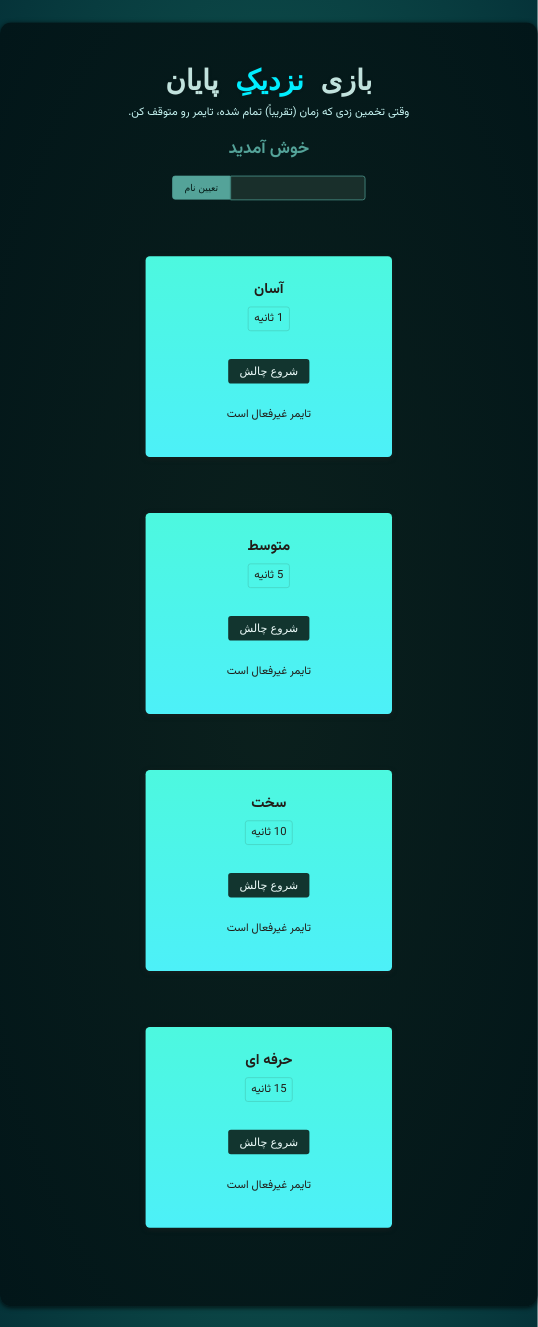
Repository: H-ala/react-near-end
Page: /
These files come from the project's save history. The page is drawn as it stood at one moment and after the next save; the edit follows.
The browser window is 768 px wide. The pictures show the part of the page from y = 0 to 2240 px (the page is 1895 px tall before and 3177 px after), at 70% of full size.
The project was rebuilt for these pictures with package versions that can differ from the ones it lists, and the page was loaded fresh each time. Also part of the build but not shown: vite.config.js.

Above is the page before, as saved 2025-10-21 19:51:58.

### index.html
<!DOCTYPE html>
<html lang="en">

<head>
  <meta charset="UTF-8" />
  <link rel="icon" type="image/svg+xml" href="/vite.svg" />
  <meta name="viewport" content="width=device-width, initial-scale=1.0" />
  <title>Refs & Portals</title>
</head>

<body>
  <div id="modal"></div>
  <div id="content">
    <header>
      <h1>بازی <em>نزدیکِ</em> پایان</h1>
      <p>وقتی تخمین زدی که زمان (تقریباً) تمام شده، تایمر رو متوقف کن.</p>
    </header>
    <div id="root"></div>
  </div>
  <script type="module" src="/src/main.jsx"></script>
</body>

</html>

### src/App.jsx
import Player from "./components/Player.jsx";
import TimerChallenge from "./components/TimerChallenge.jsx";

function App() {
  return (
    <>
      <Player />
      <div id="challenges">
        <TimerChallenge title="آسان" targetTime={1} />
        <TimerChallenge title="متوسط" targetTime={5} />
        <TimerChallenge title="سخت" targetTime={10} />
        <TimerChallenge title="حرفه ای" targetTime={15} />
      </div>
    </>
  );
}

export default App;

### src/index.css
@import url("https://fonts.googleapis.com/css2?family=Vazirmatn:wght@400;700&display=swap");

* {
  box-sizing: border-box;
}

body {
  margin: 0;
  font-family: "Vazirmatn", sans-serif;
  -webkit-font-smoothing: antialiased;
  -moz-osx-font-smoothing: grayscale;
  background: radial-gradient(#186a5e, #053339);
  color: #e1eeeb;
  direction: rtl;
  min-height: 100vh;
}

#content {
  max-width: 60rem;
  margin: 2rem auto;
  padding: 2rem;
  background: radial-gradient(#0b201d, #021619);
  border-radius: 16px;
  box-shadow: 0 2px 8px rgba(0, 0, 0, 0.8);
}

h1 {
  font-family: "Handjet", monospace;
  text-align: center;
  text-transform: uppercase;
  color: #c1e2dd;
  text-shadow: 0 0 4px rgba(35, 34, 34, 0.4);
  font-size: 3.5rem;
  margin-bottom: 0.5rem;
}

h1 em {
  font-style: normal;
  color: #00eeff;
}

header p {
  font-size: 1.2rem;
  margin: 0;
  text-align: center;
  color: #c6f4f2;
}

#player {
  text-align: center;
}

#player h2 {
  color: #54a399;
}

#player p {
  display: flex;
  justify-content: center;
  align-items: center;
}

#player input {
  font: inherit;
  border: 1px solid #54a399;
  background-color: #192f2b;
  border-radius: 4px;
  border-top-left-radius: 0;
  border-bottom-left-radius: 0;
  padding: 0.25rem;
  color: #d1f0ec;
}

#player button {
  cursor: pointer;
  background-color: #54a399;
  border: 1px solid #54a399;
  padding: 0.55rem 1rem;
  color: #061e1a;
  border-top-left-radius: 4px;
  border-bottom-left-radius: 4px;
}

#player button:hover {
  background-color: #3c8379;
  border-color: #3c8379;
}

#challenges {
  max-width: 50rem;
  margin: 3rem auto;
  display: flex;
  flex-wrap: wrap;
  gap: 2rem;
}

.challenge {
  width: 22rem;
  display: flex;
  flex-direction: column;
  align-items: center;
  justify-content: center;
  padding: 2rem;
  margin: 2rem auto;
  background: linear-gradient(#4df8df, #4df0f8);
  color: #221c18;
  box-shadow: 0 2px 8px rgba(35, 34, 34, 0.6);
  border-radius: 6px;
}

.challenge button {
  margin-top: 1rem;
  padding: 0.5rem 1rem;
  border: none;
  border-radius: 4px;
  background: #12352f;
  color: #edfcfa;
  font-size: 1.2rem;
  cursor: pointer;
}

.challenge button:hover {
  background: #051715;
}

.challenge h2 {
  font-size: 1.5rem;
  margin: 0;
  text-align: center;
  color: #221c18;
}

.challenge-time {
  border: 1px solid #46cebe;
  border-radius: 4px;
  padding: 0.25rem 0.5rem;
  margin: 0.5rem;
}

.challenge .active {
  animation: flash 1s infinite;
}

.result-modal {
  border: none;
  border-radius: 8px;
  padding: 2rem;
  background-color: #d7fcf8;
}

.result-modal[open] {
  animation: slide-in-from-top 0.35s ease-out;
}

.result-modal::backdrop {
  background: rgba(0, 0, 0, 0.9);
}

.result-modal h2 {
  font-family: "Handjet", monospace;
  margin: 0 0 0.25rem 0;
  font-size: 3rem;
  text-transform: uppercase;
}

.result-modal progress {
  width: 100%;
  height: 1.5rem;
  margin: 0;
  accent-color: #46cebe;
}

.result-modal p {
  margin: 0.5rem 0;
  font-size: 1.2rem;
}

.result-modal p strong {
  color: #10655b;
}

.result-modal form {
  text-align: right;
}

.result-modal button {
  margin-top: 1rem;
  padding: 0.5rem 1rem;
  border: none;
  border-radius: 4px;
  background: #12352f;
  color: #edfcfa;
  font-size: 1.2rem;
  cursor: pointer;
}

.result-modal button:hover {
  background: #051715;
}

@keyframes slide-in-from-top {
  0% {
    transform: translateY(-15%);
    opacity: 0;
  }
  100% {
    transform: translateY(0);
    opacity: 1;
  }
}

@keyframes flash {
  0% {
    opacity: 0.5;
  }
  50% {
    opacity: 1;
  }
  100% {
    opacity: 0.5;
  }
}

@media (max-width: 768px) {
  h1 {
    font-size: 2.5rem;
  }

  header p {
    font-size: 1rem;
  }

  #challenges {
    gap: 1rem;
  }

  .challenge h2 {
    font-size: 1.3rem;
  }

  .challenge button {
    font-size: 1rem;
  }

  .result-modal h2 {
    font-size: 2rem;
  }

  .result-modal p {
    font-size: 1rem;
  }
}

### src/components/Player.jsx
import { useState, useRef } from "react";

export default function Player() {
  const playerName = useRef();
  const [enteredPlayerName, setEnteredPlayerName] = useState("");

  function handleClick() {
    setEnteredPlayerName(playerName.current.value);
    playerName.current.value = "";
  }

  return (
    <section id="player">
      <h2>خوش آمدید {enteredPlayerName ?? "unknown entity"}</h2>
      <p>
        <input
          ref={playerName}
          type="text"
        />
        <button onClick={handleClick}>تعیین نام</button>
      </p>
    </section>
  );
}

### src/components/TimerChallenge.jsx
import { useState, useRef } from "react";
import ResultModal from "./ResultModal";

export default function TimerChallenge({ title, targetTime }) {
  const timer = useRef();
  const dialog = useRef();

  const [timeRemaining, setTimeRemaining] = useState(targetTime * 1000);
  const timerIsActive = timeRemaining > 0 && timeRemaining < targetTime * 1000;

  if (timeRemaining <= 0) {
    clearInterval(timer.current);
    dialog.current.open();
  }

  function handleStart() {
    timer.current = setInterval(() => {
      setTimeRemaining((prevTimeRemaining) => prevTimeRemaining - 10);
    }, 10);
  }

  function handleReset() {
    setTimeRemaining(targetTime * 1000);
  }

  function handleStop() {
    clearInterval(timer.current);
    dialog.current.open();
  }

  return (
    <>
      <ResultModal
        ref={dialog}
        targetTime={targetTime}
        remainingTime={timeRemaining}
        onReset={handleReset}
      />
      <section className="challenge">
        <h2>{title}</h2>
        <p className="challenge-time">
          {targetTime} ثانیه
        </p>
        <p>
          <button onClick={timerIsActive ? handleStop : handleStart}>
            {timerIsActive ? "توقف" : "شروع"} چالش
          </button>
        </p>
        <p className={timerIsActive ? "active" : undefined}>
          {timerIsActive ? "زمان داره میگذره..." : "تایمر غیرفعال است"}
        </p>
      </section>
    </>
  );
}

### src/components/ResultModal.jsx
import { useImperativeHandle, useRef } from "react";
import { createPortal } from "react-dom";

export default function ResultModal({ ref, targetTime, remainingTime, onReset }) {
  const dialog = useRef();

  const userLost = remainingTime <= 0;
  const formattedRemainingTime = (remainingTime / 1000).toFixed(2);
  const score = Math.round((1 - (remainingTime / (targetTime * 1000))) * 100);

  useImperativeHandle(ref, () => {
    return {
      open() {
        dialog.current.showModal();
      },
    };
  });

  return createPortal(
    <dialog ref={dialog} className="result-modal" onClose={onReset}>
      {userLost && <h2>تو باختی!</h2>}
      {!userLost && <h2>امتیاز : {score}</h2>}
      <p>
        زمان تارگت <strong>{targetTime} ثانیه بود. </strong>
      </p>
      <p>
        زمان رو وقتی
        <strong> {formattedRemainingTime} ثانیه مونده بود متوقف کردی. </strong>
      </p>
      <form action="dialog" onSubmit={onReset}>
        <button>بستن</button>
      </form>
    </dialog>,
    document.getElementById("modal")
  );
}

Loaded but not shown: src/main.jsx (common file)

After the next save:
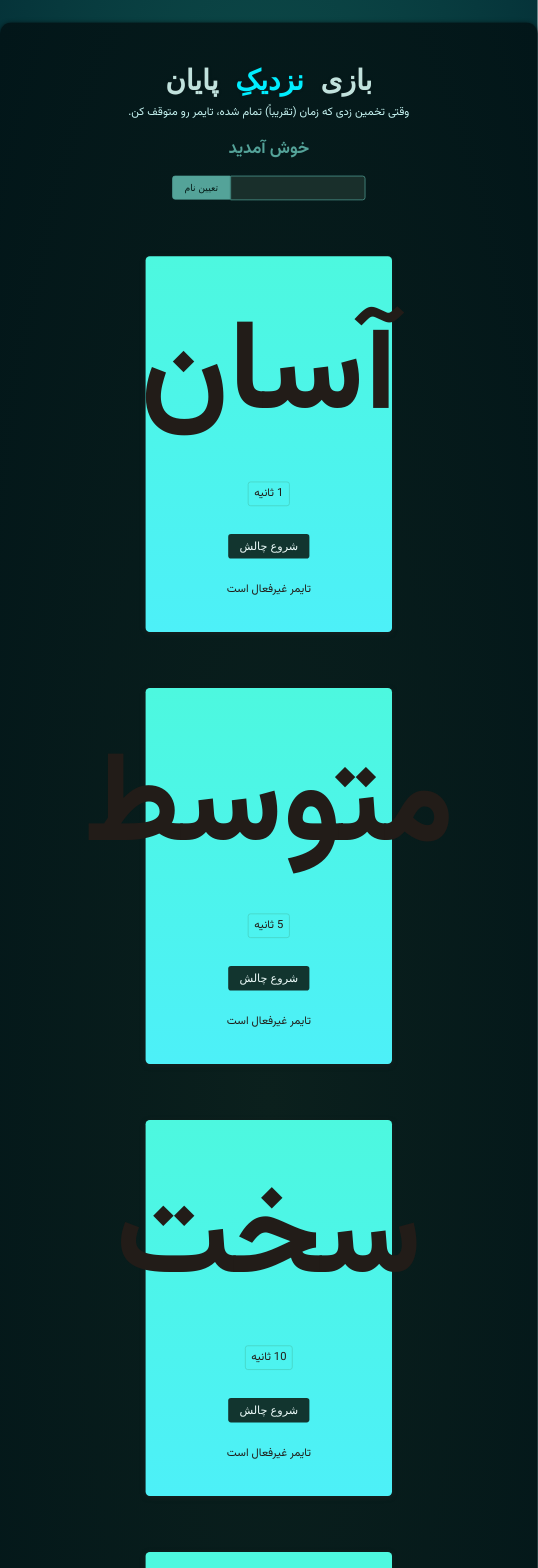
Saved 5 s later.
--- a/src/index.css
+++ b/src/index.css
@@ -235,7 +235,7 @@
   }
 
   .challenge h2 {
-    font-size: 1.3rem;
+    font-size: 11.3rem;
   }
 
   .challenge button {

After the save that followed:
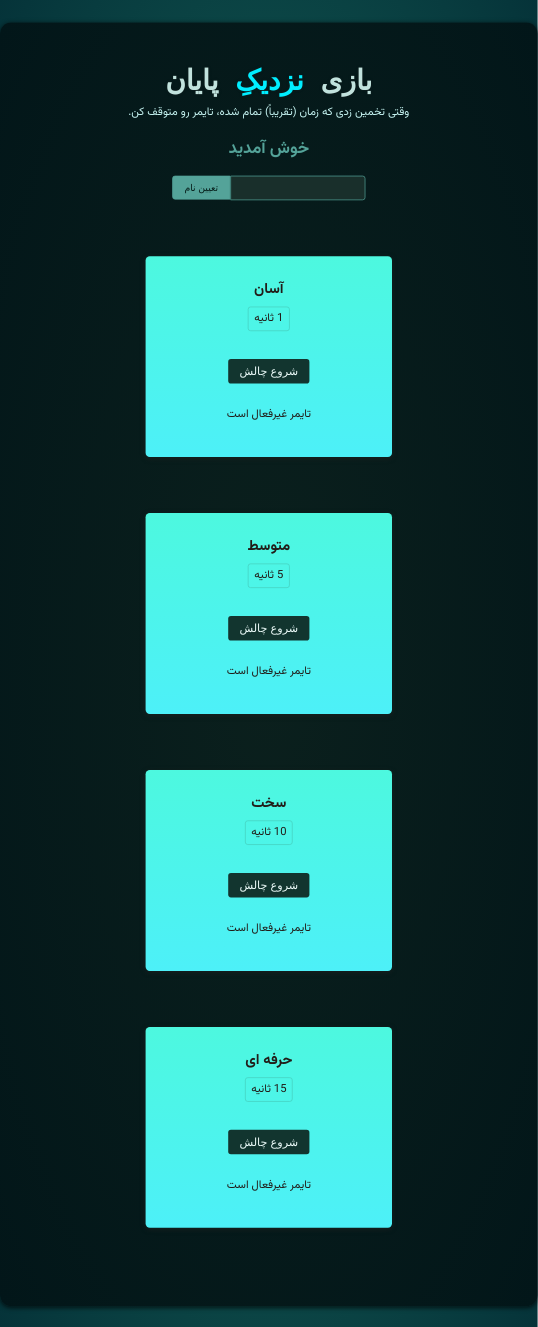
Saved 4 s later.
--- a/src/index.css
+++ b/src/index.css
@@ -235,7 +235,7 @@
   }
 
   .challenge h2 {
-    font-size: 11.3rem;
+    font-size: 1.3rem;
   }
 
   .challenge button {
